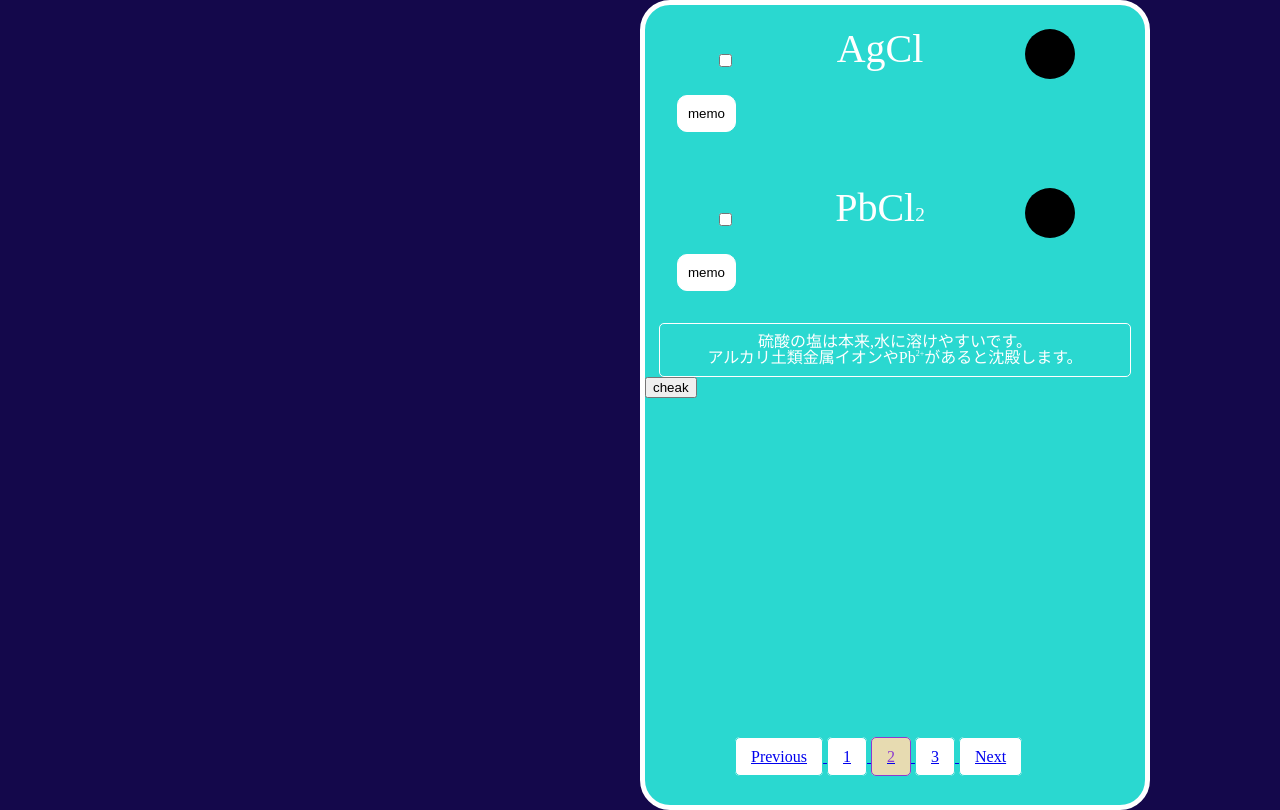
Repository: 1000sky/Inorganic_chemistry_application
Page: http://localhost/index2
The author's editor kept a copy of each file at every save. The page is drawn from the files as they stood at one save, then again after the next save.
The browser window is 1280 px wide. The pictures show the whole page.
After loading, the first visible `#point` was clicked once.
The page is served by the project's Laravel application, run on PHP 8.4 with Laravel 8.

Above is the page before, as saved 2022-07-16 19:19:52.

After the next save:
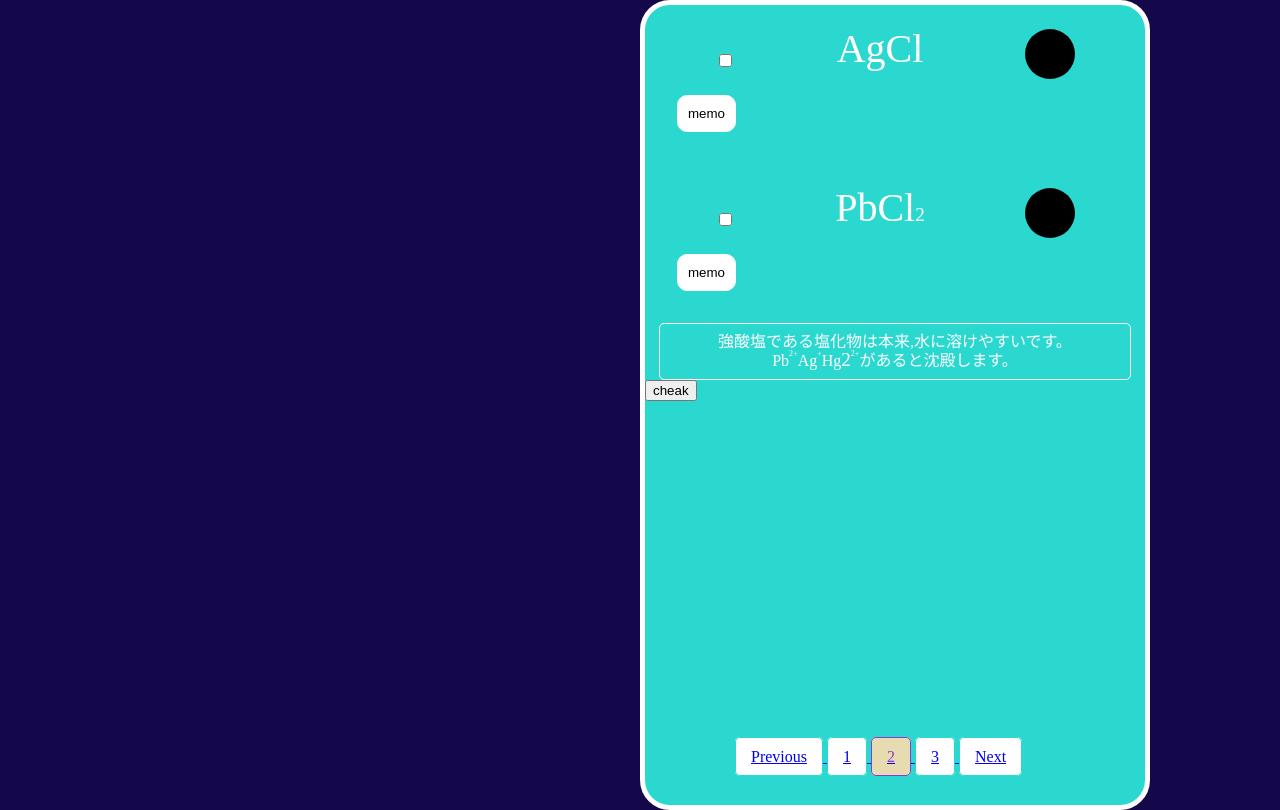
Saved 4 min 28 s later.
--- a/application/resources/views/index2.blade.php
+++ b/application/resources/views/index2.blade.php
@@ -68,7 +68,7 @@
     };
 
     document.getElementById("point").onclick = function() {
-      document.getElementById("point-text").innerHTML = "硫酸の塩は本来,水に溶けやすいです。<br>アルカリ土類金属イオンやPb<span class=ion>2+</span>があると沈殿します。";
+      document.getElementById("point-text").innerHTML = "強酸塩である塩化物は本来,水に溶けやすいです。<br>Pb<span class=ion>2+</span>Ag<span class=ion>+</span>Hg<span>2</span><span class=ion>2+</span>があると沈殿します。";
 
     };
 
